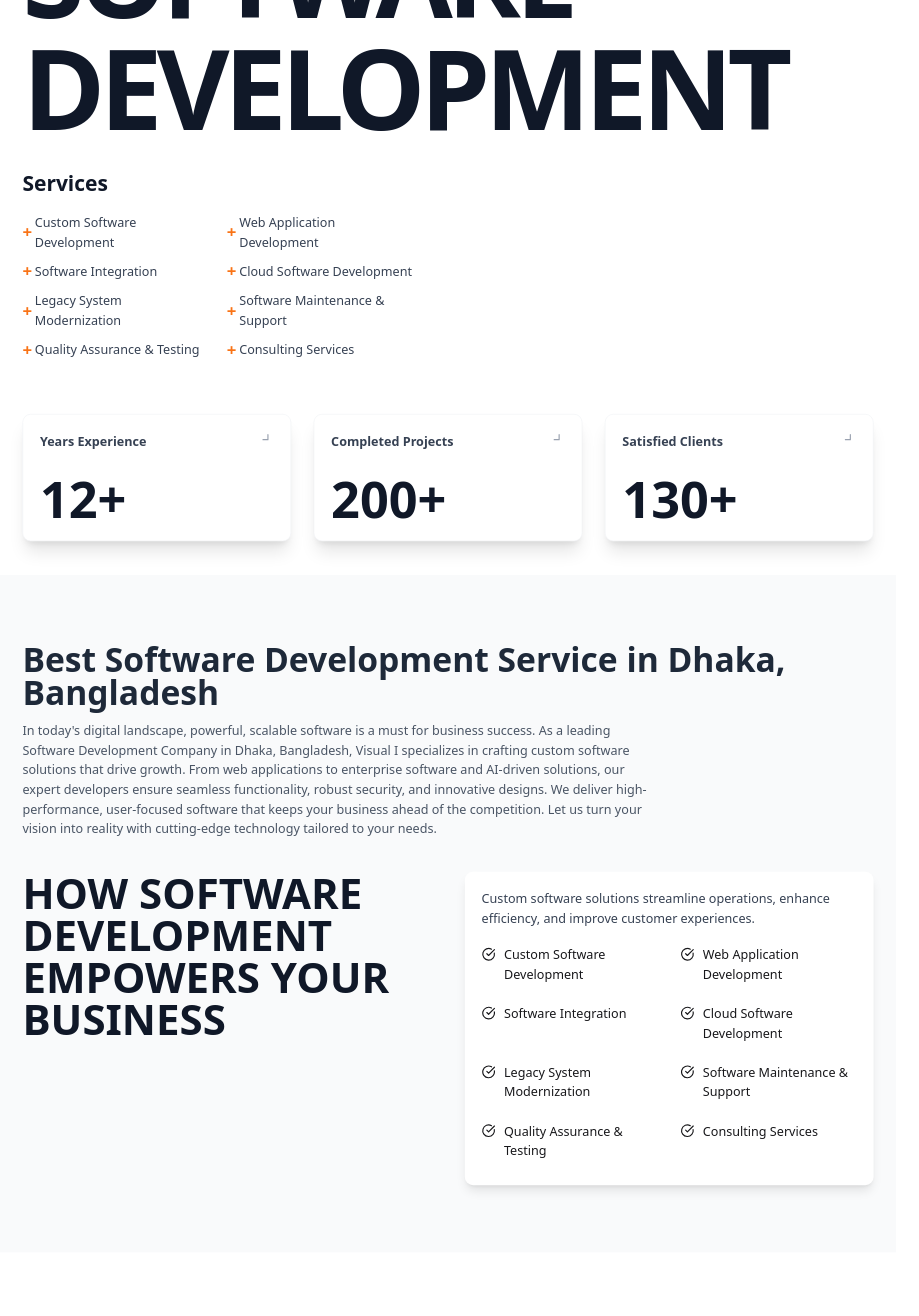
Repository: mdmuhibullahhabib/weboria
Page: /services
An editor plug-in stored every save of this project. The page is shown before and after a run of saves, followed by the edit.
The browser window is 1280 px wide. The page is 1313 px wide, so the pictures cover 1313 px, including what lies to the right of the window. The pictures show the part of the page from y = 825 to 2705 px (the page is 7755 px tall before and 7751 px after), at 70% of full size.
The project was rebuilt for these pictures with package versions that can differ from the ones it lists, and the page was loaded fresh each time. The framework's server and built-in components were replaced by stand-ins that run in the browser. Also part of the build but not shown: next.config.mjs.

Above is the page before, as saved 2025-10-05 15:27:34.

### src/app/layout.js
import { Geist, Geist_Mono } from "next/font/google";
import "./globals.css";
import Navbar from "@/components/Navbar";
import Footer from "@/components/Footer";
import { Toaster } from "react-hot-toast";

const geistSans = Geist({
  variable: "--font-geist-sans",
  subsets: ["latin"],
});

const geistMono = Geist_Mono({
  variable: "--font-geist-mono",
  subsets: ["latin"],
});

export const metadata = {
  title: "Weboria",
  description: "Digital Marketing Agency",
  icons: "/favicon.ico",
};

export default function RootLayout({ children }) {
  return (
    <html lang="en">
      <body
        className={`${geistSans.variable} ${geistMono.variable} antialiased`}
      >

        <Navbar />
        <Toaster />
        {children}
        <Footer />
      </body>
    </html>
  );
}

### src/app/services/page.jsx
import React from 'react';
import { ChevronRight, Zap, CheckCircle, MessageSquare, Phone, Mail, MapPin, Search, ChevronDown } from 'lucide-react';

// Main App component which will serve as the service page
export default function Service() {

  // --- Mock Data ---
  const services = [
    'Custom Software Development',
    'Web Application Development',
    'Software Integration',
    'Cloud Software Development',
    'Legacy System Modernization',
    'Software Maintenance & Support',
    'Quality Assurance & Testing',
    'Consulting Services',
  ];

  const whyChooseKeywords = [
    { title: 'EXPERIENCE...', customColor: '#1f2937' }, // Dark gray/black
    { title: 'COLLABORATIVE...', customColor: '#f97316' }, // Orange/Amber
    { title: 'EFFECTIVENESS...', customColor: '#f97316' }, // Orange/Amber
    { title: 'CLIENT-CENTRIC...', customColor: '#f97316' }, // Orange/Amber
  ];

  const processSteps = [
    { number: '01', title: 'DISCOVERY & PLANNING', position: 'top-left' },
    { number: '02', title: 'DESIGN & ARCHITECTURE', position: 'mid-left' },
    { number: '03', title: 'DEPLOYMENT & TESTING', position: 'mid-right' },
    { number: '04', title: 'POST-DEPLOYMENT SUPPORT & MAINTENANCE', position: 'bottom-center' },
  ];

  const faqs = [
    {
      question: 'HOW MUCH DOES IT COST TO DEVELOP SOFTWARE?',
      answer: 'The cost of software development can vary depending on several factors, including the size and complexity of the project and the technologies used. We will provide you with a detailed quote after gathering your requirements and understanding your project needs.'
    },
    {
      question: 'HOW LONG DOES IT TAKE TO DEVELOP SOFTWARE?',
      answer: 'Project duration varies widely. A small application might take 4-8 weeks, while complex enterprise solutions can take 6 months or more. We establish clear timelines during the planning phase.'
    },
    {
      question: 'WHY SHOULD I CHOOSE CUSTOM SOFTWARE DEVELOPMENT OVER OFF-THE-SHELF SOLUTIONS?',
      answer: 'Custom software is tailored exactly to your unique business processes, providing a competitive edge, better integration, and greater scalability, unlike generic off-the-shelf products.'
    },
  ];

  // Utility component for the service list bullets
  const ServiceListItem = ({ text }) => (
    <div className="flex items-start mb-3">
      <CheckCircle className="w-5 h-5 mr-3 text-current mt-1 flex-shrink-0" />
      <p className="text-lg font-light">{text}</p>
    </div>
  );

  // --- Section Components ---

    const Hero = () => (
    <section
      className="relative bg-cover bg-center text-white py-32"
      style={{
        backgroundImage:
          "linear-gradient(rgba(0,0,0,0.6),rgba(0,0,0,0.6)),url('https://images.unsplash.com/photo-1519389950473-47ba0277781c?auto=format&fit=crop&w=1200&q=80')",
      }}
    >
      <div className="max-w-6xl mx-auto px-6 text-center">
        <h1 className="text-5xl md:text-7xl font-extrabold mb-6 leading-tight">
          Empowering Brands with <br /> Impactful Digital Services
        </h1>
        <p className="text-xl text-gray-200 max-w-3xl mx-auto">
          From strategy to execution, we deliver modern digital solutions that
          accelerate your business growth and brand impact.
        </p>
      </div>
    </section>
  );

const HeroSection = () => {
  // --- ServiceListItem Component ---
 const ServiceListItem = ({ text }) => (
  <div className="flex items-center mb-3 hover:translate-x-1 transition-transform duration-300">
    {/* + icon */}
    <span
      className="text-2xl font-bold mr-1 flex-shrink-0"
      style={{ color: '#f97316' }}
    >
      +
    </span>
    <p className="text-lg font-medium text-gray-700 mr-6">{text}</p>
  </div>
);


  return (
    <section className="relative pt-24 pb-16 md:pt-32 md:pb-24 bg-white overflow-hidden">
      <div className="max-w-7xl mx-auto px-4 sm:px-6 lg:px-8">
        <div className="grid md:grid-cols-2 gap-12 items-start">

          {/*  Large Title */}
          <div>
            <h1 className="text-6xl sm:text-7xl md:text-8xl lg:text-[10rem] font-extrabold leading-none tracking-tighter text-gray-900 mb-8">
              SOFTWARE
              <br />
              DEVELOPMENT
            </h1>
                    <div className="pt-2">
            <h2 className="text-3xl font-semibold text-gray-900 mb-6">
              Services
            </h2>

            {/* services */}
            <div className="grid lg:grid-cols-2 items-center">
              {services.map((service, index) => (
                <ServiceListItem key={index} text={service} />
              ))}
            </div>
          </div>
          </div>

        </div>
      </div>
    </section>
  );
};

  const StatsSection = () => (
    <div className="bg-white py-12 -mt-16 md:-mt-20 relative z-10">
      <div className="max-w-7xl mx-auto px-4 sm:px-6 lg:px-8">
        <div className="grid md:grid-cols-3 gap-8">
          {/* Card Style from Screenshot 113 */}
          {[
            { label: 'Years Experience', value: '12+' },
            { label: 'Completed Projects', value: '200+' },
            { label: 'Satisfied Clients', value: '130+' },
          ].map((stat, index) => (
            <div key={index} className="card bg-white p-6 shadow-xl border border-gray-100 rounded-xl hover:shadow-2xl transition duration-300">
              <div className="flex justify-between items-start mb-8">
                <h3 className="text-lg font-semibold text-gray-700">{stat.label}</h3>
                <ChevronRight className="w-5 h-5 text-gray-400 rotate-45" />
              </div>
              <p className="text-6xl md:text-7xl font-extrabold text-gray-900">{stat.value}</p>
            </div>
          ))}
        </div>
      </div>
    </div>
  );

  const ServiceListSection = () => (
    <div className="bg-gray-50 py-16 md:py-24">
      <div className="max-w-7xl mx-auto px-4 sm:px-6 lg:px-8">
        {/* Title from Screenshot 105 */}
        <div className="mb-12">
          <h2 className="text-4xl md:text-5xl font-extrabold text-gray-800 mb-4">
            Best Software Development Service in Dhaka, Bangladesh
          </h2>
          <p className="text-lg text-gray-600 max-w-4xl">
            In today's digital landscape, powerful, scalable software is a must for business success. As a leading Software Development Company in Dhaka, Bangladesh, Visual I specializes in crafting custom software solutions that drive growth. From web applications to enterprise software and AI-driven solutions, our expert developers ensure seamless functionality, robust security, and innovative designs. We deliver high-performance, user-focused software that keeps your business ahead of the competition. Let us turn your vision into reality with cutting-edge technology tailored to your needs.
          </p>
        </div>

        <div className="grid md:grid-cols-2 gap-12 items-start">
          {/* Left Side: How Software Empowers (Screenshot 105 structure) */}
          <div>
            <h2 className="text-5xl md:text-6xl font-extrabold text-gray-900 mb-8">
              HOW SOFTWARE
              <br />
              DEVELOPMENT
              <br />
              EMPOWERS YOUR
              <br />
              BUSINESS
            </h2>
          </div>

          {/* Right Side: Service List (Screenshot 103 structure) */}
          <div className="p-6 bg-white rounded-xl shadow-lg">
            <p className="text-lg text-gray-700 mb-6">
              Custom software solutions streamline operations, enhance efficiency, and improve customer experiences.
            </p>
            <div className="grid grid-cols-1 sm:grid-cols-2 gap-y-4 gap-x-8">
              {services.map((service, index) => (
                <ServiceListItem key={index} text={service} />
              ))}
            </div>
          </div>
        </div>
      </div>
    </div>
  );

  const WhyChooseUsSection = () => (
    <div className="py-24 bg-white">
      <div className="max-w-7xl mx-auto px-4 sm:px-6 lg:px-8">
        {/* Main Section Title (Screenshot 108) */}
        <h2 className="text-5xl md:text-7xl font-extrabold text-gray-900 mb-16 text-center md:text-left">
          WHY CHOOSE OUR
          <br />
          SOFTWARE DEVELOPMENT
          <span className="text-primary">?</span>
        </h2>

        <div className="grid md:grid-cols-2 gap-12 items-center">
          {/* Left Side: Content Card (Screenshot 109) */}
          <div className="p-8 border-r-4 border-gray-200">
            <div className="mb-8">
              {/* Icon/Shape Mimic from Screenshot 109 */}
              <div className="flex items-center space-x-2 mb-4">
                <div className="w-12 h-12 border-2 border-gray-900 rounded-full flex items-center justify-center">
                  <div className="w-8 h-8 bg-gray-900 rounded-full relative">
                    <div className="absolute top-1/2 left-1/2 -translate-x-1/2 -translate-y-1/2 w-4 h-4" style={{ backgroundColor: '#f97316' }} ></div>
                  </div>
                </div>
              </div>
              <h3 className="text-3xl font-bold text-gray-900 mb-4">
                PROVEN EXPERTISE AND
                <br />
                EXPERIENCE
              </h3>
              <p className="text-lg text-gray-600">
                Our seasoned software developers have extensive knowledge and experience in various domains, including web development, mobile app development, and custom software solutions.
              </p>
            </div>
            <button className="btn btn-neutral btn-lg rounded-lg shadow-xl">
              <MessageSquare className="w-5 h-5" />
              Send Your Message
            </button>
          </div>

          {/* Right Side: Experience List (Screenshot 109) - Highly stylized keywords */}
          <div className="space-y-4">
            {whyChooseKeywords.map((item, index) => (
                <h3
                    key={index}
                    className={`block text-5xl md:text-7xl font-extrabold leading-tight`}
                    style={{ color: item.customColor }}
                >
                    {item.title}
                </h3>
            ))}
          </div>
        </div>
      </div>
    </div>
  );

  const WorkingProcessSection = () => {
    // Component to render the step boxes
    const StepBox = ({ step }) => (
      <div className="flex items-center space-x-4 bg-white shadow-lg p-4 rounded-lg w-fit">
        <div className="text-2xl font-extrabold p-2 rounded" style={{ backgroundColor: '#1f2937', color: 'white' }}>
          {step.number}
        </div>
        <h4 className="text-xl font-semibold text-gray-800 tracking-wider">
          {step.title}
        </h4>
      </div>
    );

    return (
      <div className="bg-gray-50 py-24">
        <div className="max-w-7xl mx-auto px-4 sm:px-6 lg:px-8 text-center">
          {/* Title from Screenshot 110 */}
          <h2 className="text-6xl md:text-8xl font-extrabold mb-16" style={{ color: '#f97316' }}>
            WORKING PROCESS
          </h2>

          {/* Mimicking the Diagram Layout from Screenshot 111 using relative positioning and Tailwind for the lines */}
          <div className="relative h-[600px] md:h-[800px] flex items-center justify-center">

            {/* Background Lines (Dotted lines in the original image) */}
            {/* 1 -> 2 (Vertical line) */}
            <div className="absolute top-0 left-1/4 h-[50%] w-0 border-l-2 border-dashed border-gray-400 transform -translate-x-1/2 md:top-[10%] md:left-[25%] md:h-[30%]" style={{ top: '10%', left: '25%', height: '30%' }}></div>
            {/* 2 -> 3 (Horizontal line) */}
            <div className="absolute h-0 w-[50%] border-t-2 border-dashed border-gray-400 transform -translate-y-1/2" style={{ top: '40%', left: '25%', width: '50%' }}></div>
            {/* 3 -> 4 (Vertical line) */}
            <div className="absolute top-0 right-1/4 h-[50%] w-0 border-r-2 border-dashed border-gray-400 transform translate-x-1/2 md:top-[40%] md:right-[25%] md:h-[30%]" style={{ top: '40%', right: '25%', height: '30%' }}></div>

            {/* Step Boxes positioned absolutely to mimic the flow */}
            <div className="absolute" style={{ top: '5%', left: '25%', transform: 'translateX(-50%)' }}>
              <StepBox step={processSteps[0]} />
            </div>
            <div className="absolute" style={{ top: '35%', left: '5%', transform: 'translateX(0%)' }}>
              <StepBox step={processSteps[1]} />
            </div>
            <div className="absolute" style={{ top: '35%', right: '5%', transform: 'translateX(0%)' }}>
              <StepBox step={processSteps[2]} />
            </div>
            <div className="absolute" style={{ bottom: '5%', left: '50%', transform: 'translateX(-50%)' }}>
              <StepBox step={processSteps[3]} />
            </div>

          </div>
        </div>
      </div>
    );
  };

  const TeamImageSection = () => (
    <div className="bg-white py-16">
      <div className="max-w-7xl mx-auto px-4 sm:px-6 lg:px-8">
        {/* Placeholder for the team image (Screenshots 106 & 107) */}
        <div className="h-96 w-full rounded-xl overflow-hidden shadow-2xl">
          <img
            src="https://placehold.co/1200x400/1e293b/ffffff?text=Our+Software+Development+Team"
            alt="Team working on code"
            className="w-full h-full object-cover"
          />
        </div>
      </div>
    </div>
  );

  const AlliancePartnersSection = () => {
    const partners = [
      { name: 'AWS', icon: 'https://placehold.co/100x60/f2f2f2/000000?text=aws', style: 'text-2xl font-bold' },
      { name: 'Azure', icon: 'https://placehold.co/100x60/f2f2f2/000000?text=Azure', style: 'text-2xl font-bold' },
      { name: 'Pico Public Cloud', icon: 'https://placehold.co/100x60/f2f2f2/000000?text=Pico', style: 'text-xl font-bold' },
      { name: 'Google Partner', icon: 'https://placehold.co/100x60/f2f2f2/000000?text=Google', style: 'text-xl font-bold' },
      { name: 'ISO Certified', icon: 'https://placehold.co/100x60/f2f2f2/000000?text=ISO', style: 'text-xl font-bold' },
      { name: 'Stock Exchange', icon: 'https://placehold.co/100x60/f2f2f2/000000?text=Stock', style: 'text-xl font-bold' },
    ];

    return (
      <div className="bg-white py-24">
        <div className="max-w-7xl mx-auto px-4 sm:px-6 lg:px-8 text-center">
          {/* Title from Screenshot 112 */}
          <h2 className="text-5xl md:text-7xl font-extrabold mb-16">
            <span className="text-blue-700">ALLIANCES &</span>
            <span className="block text-5xl md:text-7xl font-extrabold" style={{ color: '#f97316' }}>PARTNERS</span>
          </h2>

          <div className="grid grid-cols-2 sm:grid-cols-3 lg:grid-cols-6 gap-6">
            {partners.map((partner, index) => (
              <div key={index} className="flex items-center justify-center p-6 bg-white border border-gray-200 rounded-xl shadow-lg hover:shadow-xl transition duration-300 h-32">
                <img src={partner.icon} alt={partner.name} className="max-h-full max-w-full" />
              </div>
            ))}
          </div>
        </div>
      </div>
    );
  };

  const FAQSection = () => (
    <div className="bg-gray-50 py-24">
      <div className="max-w-4xl mx-auto px-4 sm:px-6 lg:px-8">
        {/* Title from Screenshot 114 */}
        <h2 className="text-4xl md:text-6xl font-extrabold text-gray-800 mb-12 text-center">
          F.A.Q
        </h2>

        {faqs.map((item, index) => (
          <div key={index} className="collapse collapse-arrow bg-white shadow-md mb-4 rounded-xl">
            <input type="radio" name="my-accordion-2" defaultChecked={index === 0} />
            <div className="collapse-title text-xl font-semibold text-gray-800 p-4">
              {item.question}
            </div>
            <div className="collapse-content px-4 pb-4">
              <p className="text-gray-600">{item.answer}</p>
            </div>
          </div>
        ))}
      </div>
    </div>
  );

  const ContactSection = () => (
    <div className="bg-white py-24">
      <div className="max-w-7xl mx-auto px-4 sm:px-6 lg:px-8">
        <div className="grid md:grid-cols-2 gap-12">

          {/* Left Side: Contact Info (Screenshot 115) */}
          <div>
            <h2 className="text-5xl md:text-6xl font-extrabold text-gray-900 mb-6">
              DON'T HESITATE TO
              <br />
              REACH OUT TO US
            </h2>
            <p className="text-lg text-gray-600 mb-12 max-w-lg">
              We welcome the opportunity to connect with you! Feel free to contact us using the details provided or by filling out the contact form. As a leading advertising agency in Bangladesh, our dedicated team is here to provide expert assistance and answer any questions you may have.
            </p>

            <div className="space-y-8">
              {/* Call Us At */}
              <div className="flex items-start">
                <Phone className="w-8 h-8 text-gray-900 mr-4 mt-1 flex-shrink-0" />
                <div>
                  <h4 className="text-xl font-bold text-gray-900 mb-1">CALL US AT</h4>
                  <p className="text-lg text-gray-600">+88 0189-600-6896</p>
                </div>
              </div>

              {/* Email Us On */}
              <div className="flex items-start">
                <Mail className="w-8 h-8 text-gray-900 mr-4 mt-1 flex-shrink-0" />
                <div>
                  <h4 className="text-xl font-bold text-gray-900 mb-1">EMAIL US ON</h4>
                  <p className="text-lg text-gray-600">hello@visualiweb.com</p>
                </div>
              </div>

              {/* Find Us */}
              <div className="flex items-start">
                <MapPin className="w-8 h-8 text-gray-900 mr-4 mt-1 flex-shrink-0" />
                <div>
                  <h4 className="text-xl font-bold text-gray-900 mb-1">FIND US</h4>
                  <p className="text-lg text-gray-600">
                    House # 3, Road # 2/2, Banani,
                    <br />
                    Dhaka-1213, Bangladesh
                  </p>
                </div>
              </div>
            </div>
          </div>

          {/* Right Side: Contact Form (Screenshot 115) */}
          <div>
            <h2 className="text-5xl font-extrabold text-gray-900 mb-8">
              SEND US A MESSAGE
            </h2>
            <form className="space-y-4">
              <div className="grid grid-cols-1 sm:grid-cols-2 gap-4">
                <input type="text" placeholder="YOUR NAME" className="input input-lg input-bordered w-full rounded-lg text-gray-800 placeholder-gray-500" />
                <input type="email" placeholder="YOUR EMAIL" className="input input-lg input-bordered w-full rounded-lg text-gray-800 placeholder-gray-500" />
              </div>
              <input type="text" placeholder="YOUR SUBJECT" className="input input-lg input-bordered w-full rounded-lg text-gray-800 placeholder-gray-500" />
              <textarea placeholder="WRITE MESSAGE..." className="textarea textarea-lg textarea-bordered w-full h-40 rounded-lg text-gray-800 placeholder-gray-500 resize-none"></textarea>
              <button type="submit" className="btn btn-neutral btn-lg rounded-lg shadow-xl mt-4">
                <ChevronRight className="w-5 h-5" />
                Send a message
              </button>
            </form>
          </div>

        </div>
      </div>
    </div>
  );


  // --- Main Render ---
  return (
    <div className="min-h-screen bg-white font-sans">
      <main>
        {/* The first set of images defined the style and the core sections */}
        <Hero />
        <HeroSection />
        <StatsSection /> {/* NEW: Stats section (Screenshot 113) */}
        <ServiceListSection />
        <WhyChooseUsSection />
        <TeamImageSection />

        {/* The new sections from the latest screenshots */}
        <WorkingProcessSection /> {/* NEW: Working Process (Screenshots 110 & 111) */}
        <AlliancePartnersSection /> {/* NEW: Alliances & Partners (Screenshot 112) */}
        <FAQSection /> {/* NEW: F.A.Q. Section (Screenshot 114) */}
        <ContactSection /> {/* NEW: Contact Form (Screenshot 115) */}

        {/* Footer placeholder */}
        <footer className="footer footer-center p-8 bg-base-300 text-base-content">
          <aside>
            <p>Copyright © 2024 - All rights reserved by Visual I</p>
          </aside>
        </footer>
      </main>
    </div>
  );
}

### src/components/Button.jsx
// Button.jsx
"use client";

import { ArrowBigRight } from "lucide-react";
import Link from "next/link";

export default function Button({ text, href = "#", className = "" }) {
  return (
    <Link
      href={href}
      className={`
        relative inline-flex items-center overflow-hidden group rounded-md font-semibold
        bg-gray-200 text-gray-700 border-none hover:bg-gray-300 transition-colors
        ${className}
      `}
    >
      {/* বাম পাশে আইকন বক্স */}
      <span
        className="
          absolute left-0 top-0 h-full w-12 flex items-center justify-center
          bg-gray-900 text-white text-xl font-bold z-20
        "
      >
        <ArrowBigRight />
      </span>

      {/* মূল টেক্সট */}
      <span
        className="
          relative z-20 py-3 px-6 pl-16 transition-colors
          group-hover:text-gray-900
        "
      >
        {text}
      </span>

      {/* Hover effect (Sky Blue wipe) */}
      <span
        className="
          absolute top-0 left-0 w-0 h-full bg-sky-400
          group-hover:w-full transition-all duration-300 ease-out z-10
        "
      />
    </Link>
  );
}

Loaded but not shown: src/app/globals.css (common file); src/components/Navbar.jsx (193 lines, source omitted); src/components/Footer.jsx (159 lines, source omitted)

After the next 3 saves:
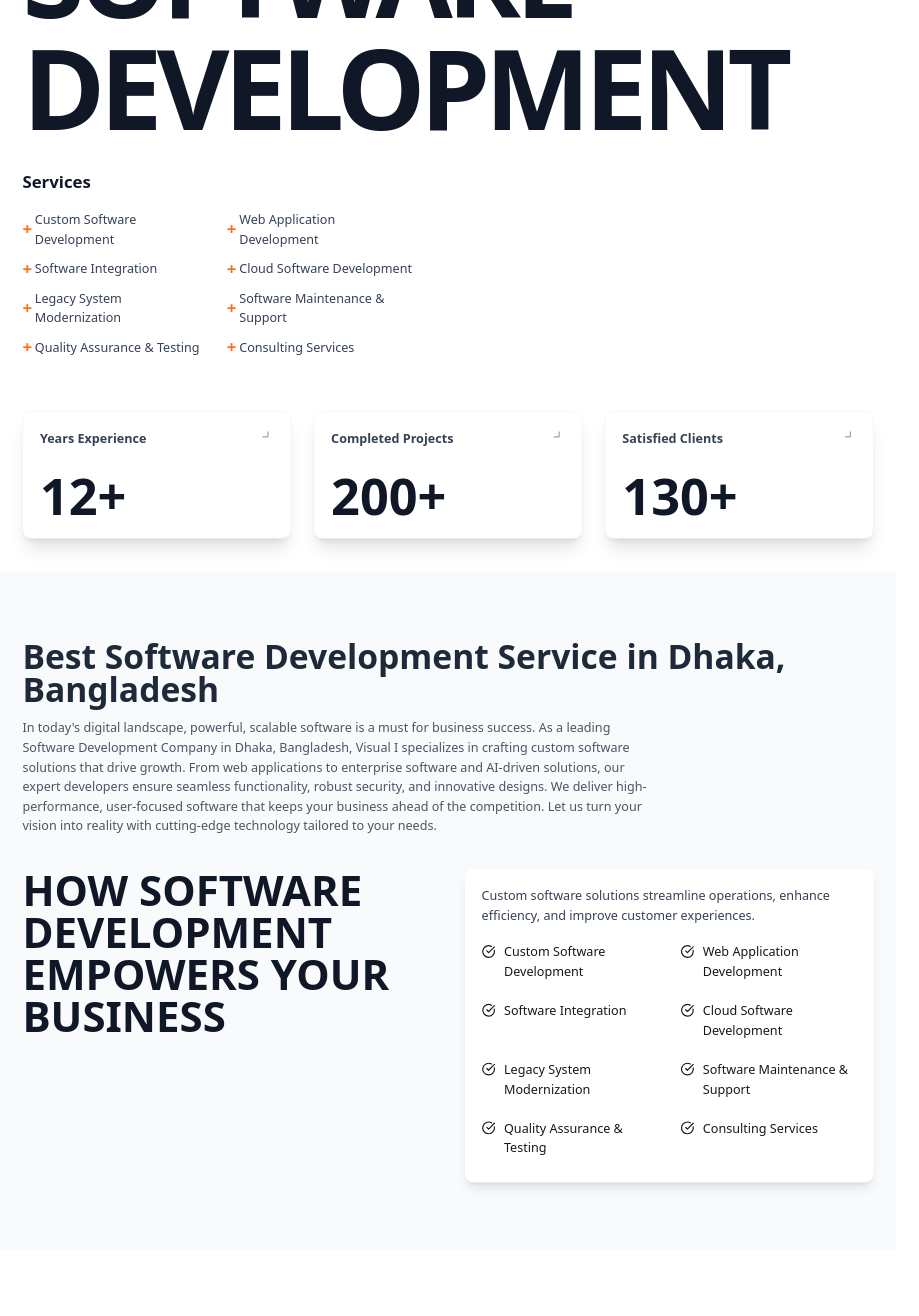
The 3 saves are shown as one change because they came seconds apart.
The last was saved 28 s later.
--- a/src/app/services/page.jsx
+++ b/src/app/services/page.jsx
@@ -104,7 +104,7 @@ const HeroSection = () => {
               DEVELOPMENT
             </h1>
                     <div className="pt-2">
-            <h2 className="text-3xl font-semibold text-gray-900 mb-6">
+            <h2 className="text-2xl font-semibold text-gray-900 mb-6">
               Services
             </h2>
 
